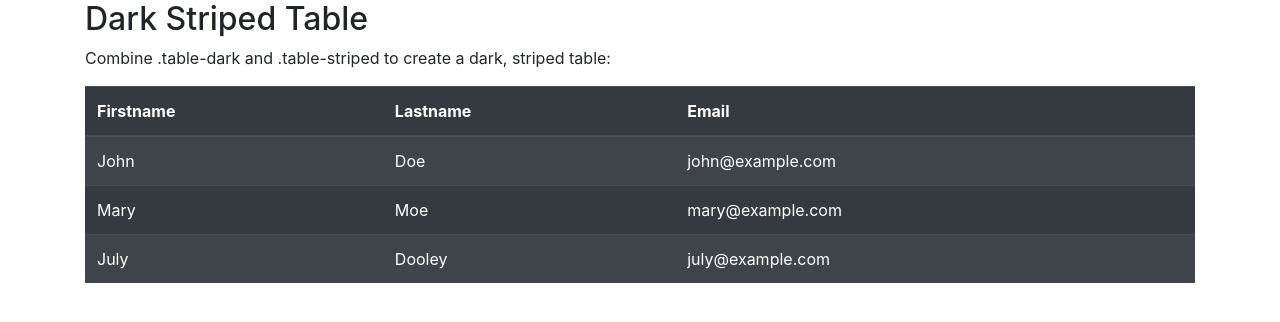
Repository: WonmoLee/jspPT
Page: http://localhost/practice/main.jsp
An editor plug-in stored every save of this project. The page is shown before and after the next save, followed by the edit.
The browser window is 1280 px wide. The pictures show the whole page.
The page is served by Tomcat 9.

Above is the page before, as saved 2020-06-15 06:59:07.

### practice/WebContent/main.jsp
<%@ page language="java" contentType="text/html; charset=UTF-8"
    pageEncoding="UTF-8"%>

<!DOCTYPE html>
<html lang="en">
<head>
  <title>Bootstrap Example</title>
  <meta charset="utf-8">
  <meta name="viewport" content="width=device-width, initial-scale=1">
  <link rel="stylesheet" href="https://maxcdn.bootstrapcdn.com/bootstrap/4.5.0/css/bootstrap.min.css">
  <script src="https://ajax.googleapis.com/ajax/libs/jquery/3.5.1/jquery.min.js"></script>
  <script src="https://cdnjs.cloudflare.com/ajax/libs/popper.js/1.16.0/umd/popper.min.js"></script>
  <script src="https://maxcdn.bootstrapcdn.com/bootstrap/4.5.0/js/bootstrap.min.js"></script>
</head>
<body>

<div class="container">
  <h2>Dark Striped Table</h2>
  <p>Combine .table-dark and .table-striped to create a dark, striped table:</p>
  <table class="table table-dark table-striped">
    <thead>
      <tr>
        <th>Firstname</th>
        <th>Lastname</th>
        <th>Email</th>
      </tr>
    </thead>
    <tbody>
      <tr>
        <td>John</td>
        <td>Doe</td>
        <td>john@example.com</td>
      </tr>
      <tr>
        <td>Mary</td>
        <td>Moe</td>
        <td>mary@example.com</td>
      </tr>
      <tr>
        <td>July</td>
        <td>Dooley</td>
        <td>july@example.com</td>
      </tr>
    </tbody>
  </table>
</div>

</body>
</html>

After the next save:
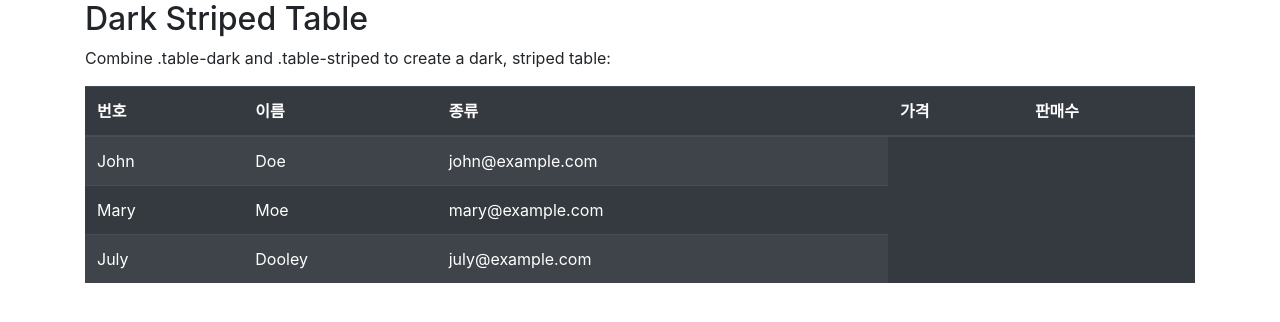
Saved 2 min 6 s later.
--- a/practice/WebContent/main.jsp
+++ b/practice/WebContent/main.jsp
@@ -4,7 +4,7 @@
 <!DOCTYPE html>
 <html lang="en">
 <head>
-  <title>Bootstrap Example</title>
+  <title>반응형 웹연습</title>
   <meta charset="utf-8">
   <meta name="viewport" content="width=device-width, initial-scale=1">
   <link rel="stylesheet" href="https://maxcdn.bootstrapcdn.com/bootstrap/4.5.0/css/bootstrap.min.css">
@@ -20,9 +20,11 @@
   <table class="table table-dark table-striped">
     <thead>
       <tr>
-        <th>Firstname</th>
-        <th>Lastname</th>
-        <th>Email</th>
+        <th>번호</th>
+        <th>이름</th>
+        <th>종류</th>
+        <th>가격</th>
+        <th>판매수</th>
       </tr>
     </thead>
     <tbody>
